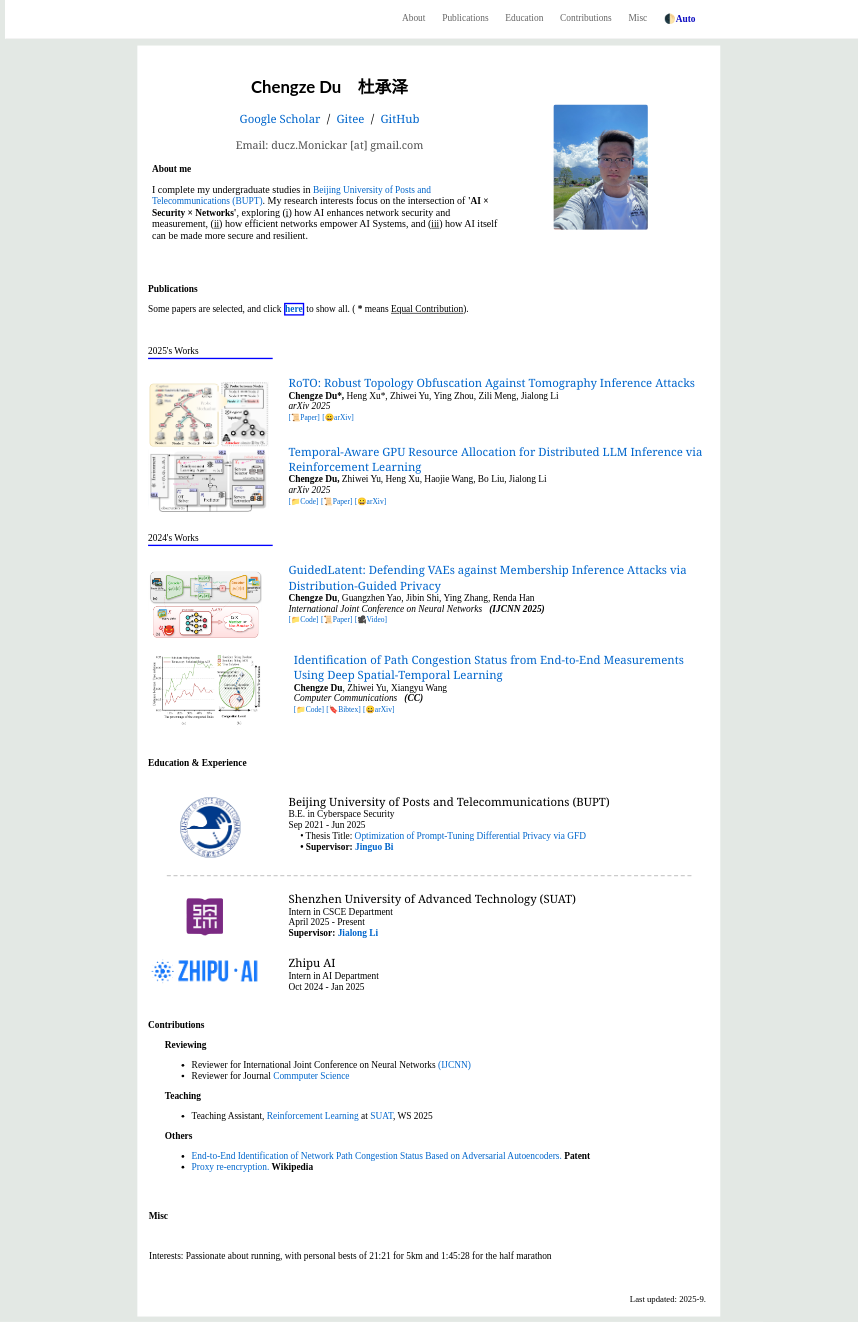
Repository: Monickar/Monickar.github.io
Page: index.html
An editor plug-in stored every save of this project. The page is shown before and after the next save, followed by the edit.
The browser window is 1280 px wide. The pictures show the whole page, at 67% of full size.

Above is the page before, as saved 2025-10-28 18:52:17.

After the next save:
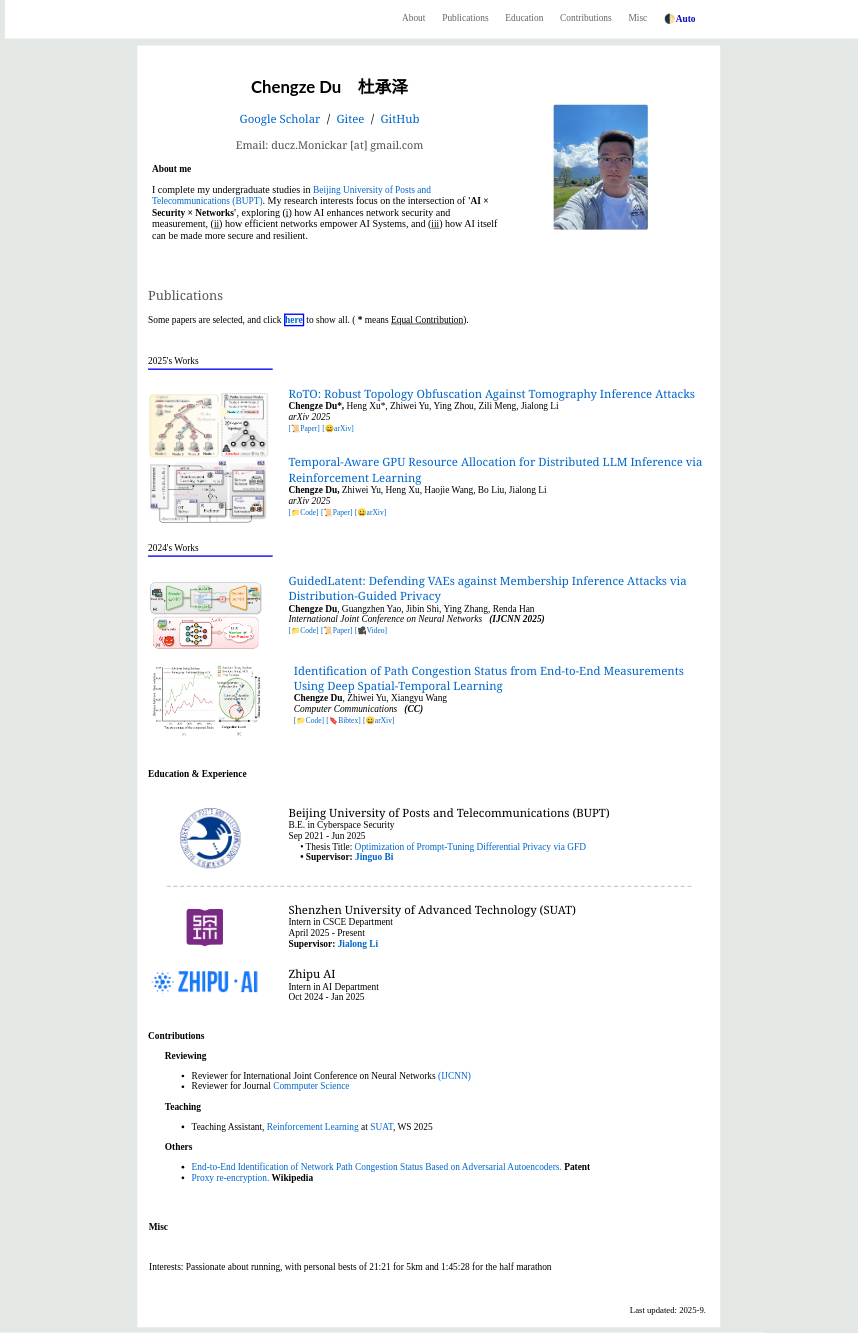
Saved 13 s later.
--- a/index.html
+++ b/index.html
@@ -80,7 +80,7 @@
       <table id="pub" style="width:100%;border:0px;border-spacing:0px;border-collapse:separate;margin-right:auto;margin-left:auto;"><tbody>
           <tr>
           <td style="padding:16px;width:100%;vertical-align:middle">
-            <h2 class="subt">Publications</h2>
+            <h2 class="subtitle">Publications</h2>
             <p>
              Some papers are selected, and click <strong><a href="FullPaperList.html" class="text-with-border">here</a></strong> to show all.
               ( <strong>*</strong> means <u>Equal Contribution</u>).
